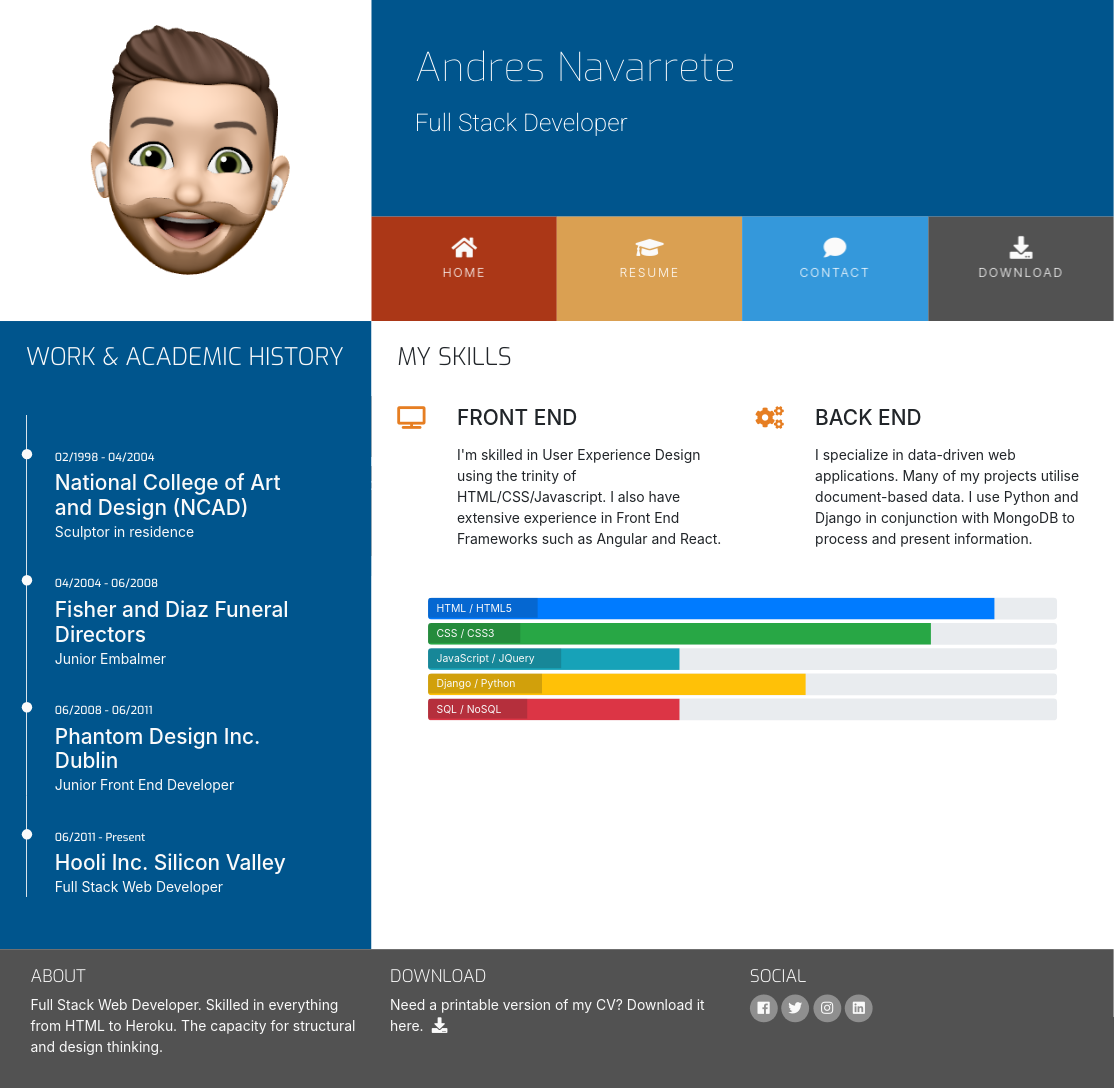
Repository: andna5980/cloud9-workspace
Page: resume.html
These files come from the project's save history. The page is drawn as it stood at one moment and after the next save; the edit follows.
The browser window is 1280 px wide. The pictures show the whole page, at 87% of full size.
Some web libraries are served in a nearby version.

Above is the page before, as saved 2022-04-24 09:57:54.

After the next save:
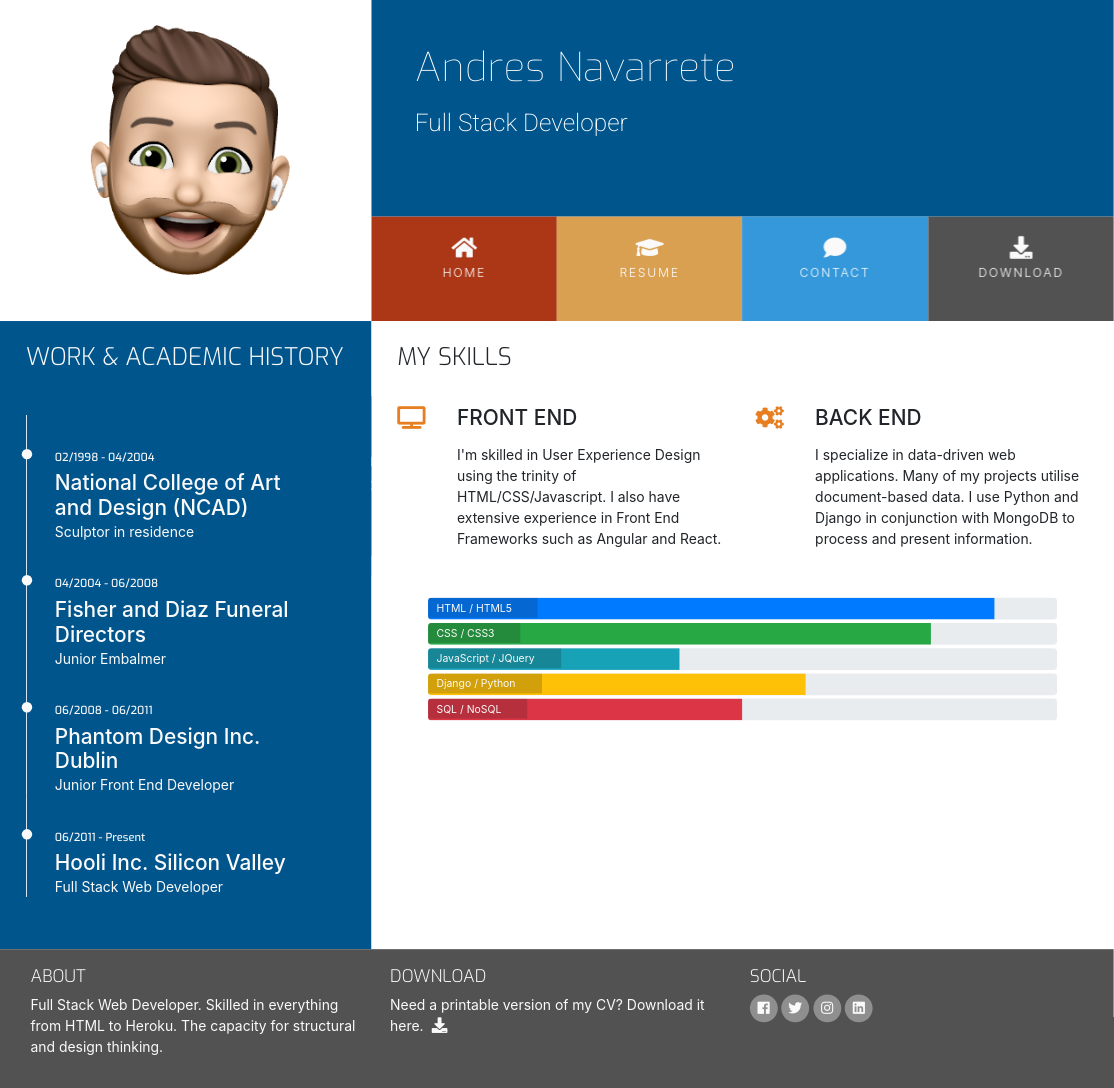
Saved 11 s later.
--- a/resume.html
+++ b/resume.html
@@ -148,8 +148,8 @@
                              <span class="progress-type">Django / Python</span>
                         </div>
                         <div class="progress">
-                             <div class="progress-bar bg-danger" role="progressbar" aria-valuenow="80" aria-valuemin="0" aria-valuemax="100" style="width:40%">
-                                <span class="sr-only">40% complete</span>
+                             <div class="progress-bar bg-danger" role="progressbar" aria-valuenow="80" aria-valuemin="0" aria-valuemax="100" style="width:50%">
+                                <span class="sr-only">50% complete</span>
                              </div>
                              <span class="progress-type">SQL / NoSQL</span>
                         </div>
